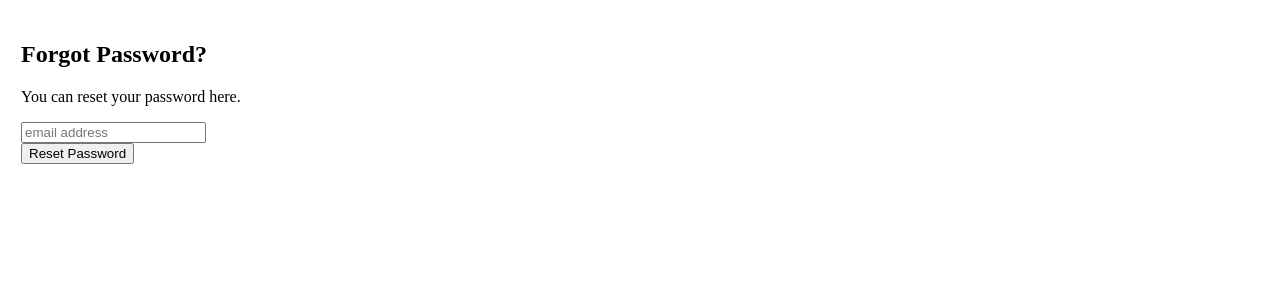
Repository: jayakumar721/projects
Page: http://localhost/TestEngine/reset.jsp
An editor plug-in stored every save of this project. The page is shown before and after the next save, followed by the edit.
The browser window is 1280 px wide. The pictures show the whole page.
The page is served by Tomcat 9.

Above is the page before, as saved 2017-11-27 06:51:52.

After the next save:
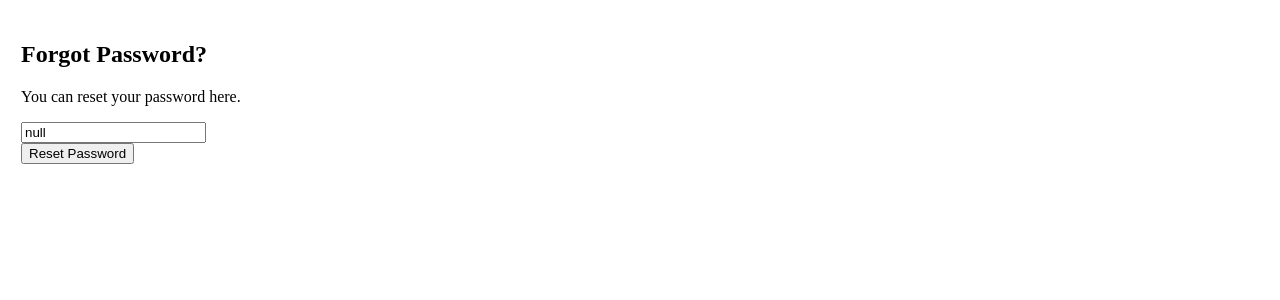
Saved 62 s later.
--- a/TestEngine/WebContent/reset.jsp
+++ b/TestEngine/WebContent/reset.jsp
@@ -42,7 +42,7 @@
 										<div class="input-group">
 											<span class="input-group-addon"><i
 												class="glyphicon glyphicon-envelope color-blue"></i></span> <input
-												id="email" name="email" placeholder="email address"
+												id="email" name="email" value="<%=session.getAttribute("email") %>"
 												class="form-control" type="email">
 										</div>
 									</div>
